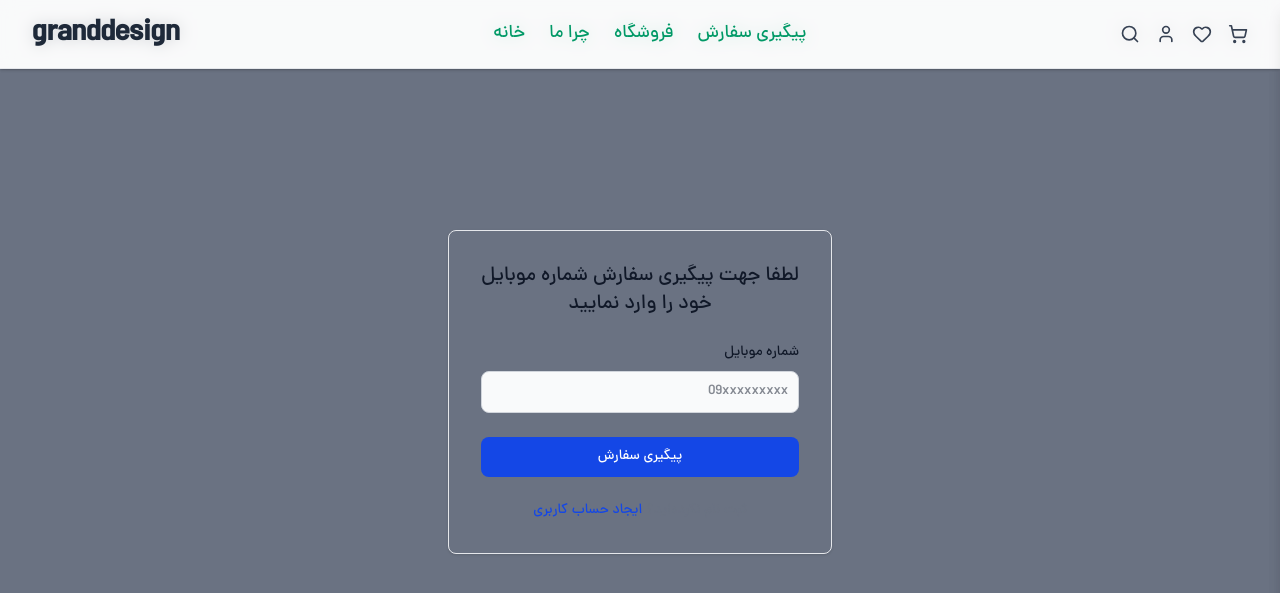
Repository: Aihan-2005/granddesign.frontend
Page: /productTracking
An editor plug-in stored every save of this project. The page is shown before and after the next save, followed by the edit.
The browser window is 1280 px wide. The pictures show the whole page.
The project was rebuilt for these pictures with package versions that can differ from the ones it lists, and the page was loaded fresh each time. The framework's server and built-in components were replaced by stand-ins that run in the browser. Also part of the build but not shown: next.config.mjs, src/components/store/modal/Search.jsx, src/zustand/useAuthStore.jsx, src/components/store/modal/Login.jsx, src/components/store/modal/CartModal.jsx, src/components/store/modal/FavoritesModal.jsx.

Above is the page before, as saved 2025-09-16 01:42:34.

After the next save:
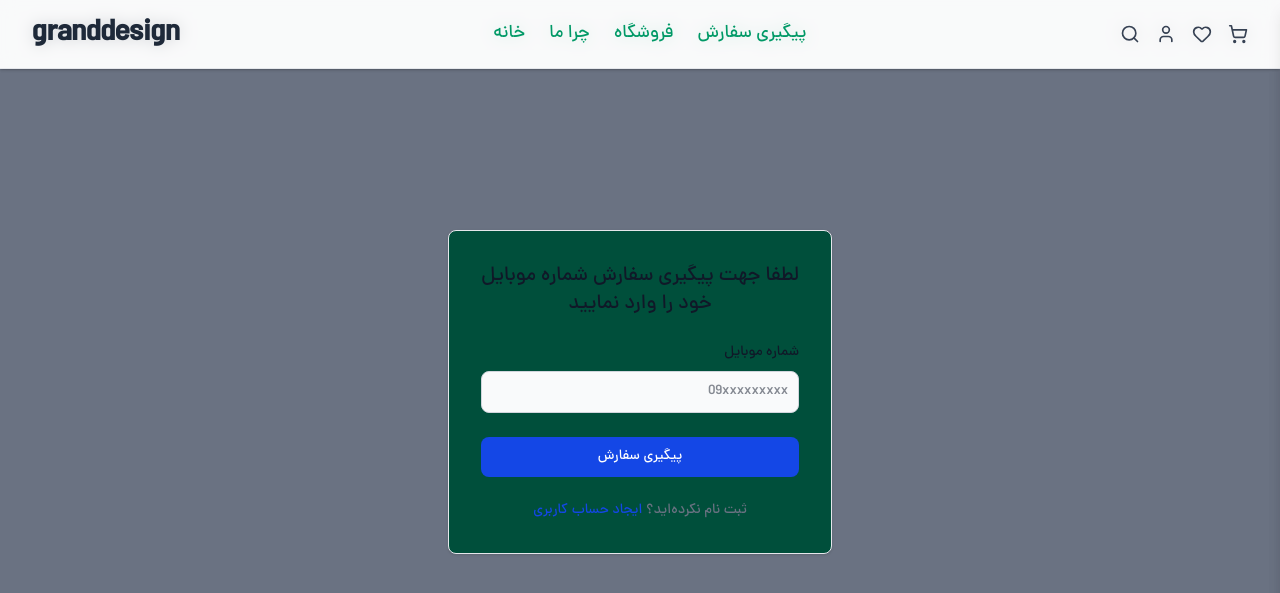
Saved 8 s later.
--- a/src/app/(fullpage)/productTracking/page.jsx
+++ b/src/app/(fullpage)/productTracking/page.jsx
@@ -6,7 +6,7 @@
             <Header />
 
             <div className="flex items-center justify-center min-h-screen pt-16">
-                <div className="w-full max-w-sm p-4 bg-e border border-gray-200 rounded-lg shadow-sm sm:p-6 md:p-8 ">
+                <div className="w-full max-w-sm p-4 bg-emerald-900 border border-gray-200 rounded-lg shadow-sm sm:p-6 md:p-8 ">
                     <form className="space-y-6" action="#">
                         <h5 className="text-xl font-medium text-gray-900 dark:text-white text-center">
                             لطفا جهت پیگیری سفارش شماره موبایل خود را وارد نمایید

After the 3 saves that followed:
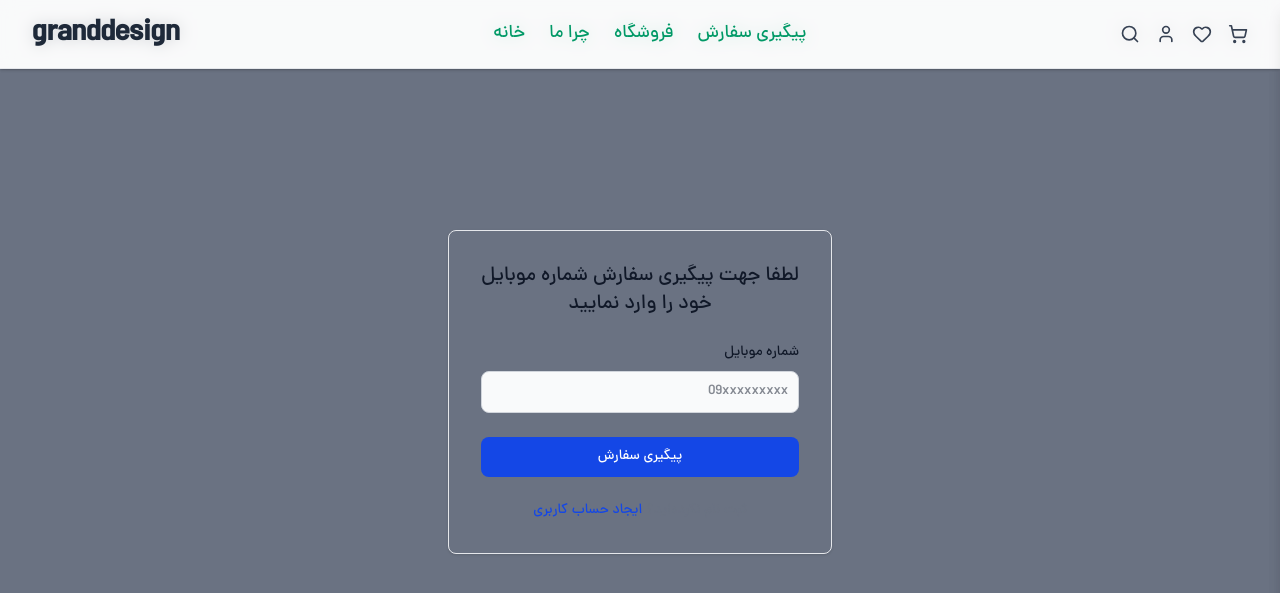
The 3 saves are shown as one change because they came seconds apart.
The last was saved 21 s later.
--- a/src/app/(fullpage)/productTracking/page.jsx
+++ b/src/app/(fullpage)/productTracking/page.jsx
@@ -6,7 +6,7 @@
             <Header />
 
             <div className="flex items-center justify-center min-h-screen pt-16">
-                <div className="w-full max-w-sm p-4 bg-emerald-900 border border-gray-200 rounded-lg shadow-sm sm:p-6 md:p-8 ">
+                <div className="w-full max-w-sm p-4 bg-{} border border-gray-200 rounded-lg shadow-sm sm:p-6 md:p-8 ">
                     <form className="space-y-6" action="#">
                         <h5 className="text-xl font-medium text-gray-900 dark:text-white text-center">
                             لطفا جهت پیگیری سفارش شماره موبایل خود را وارد نمایید
